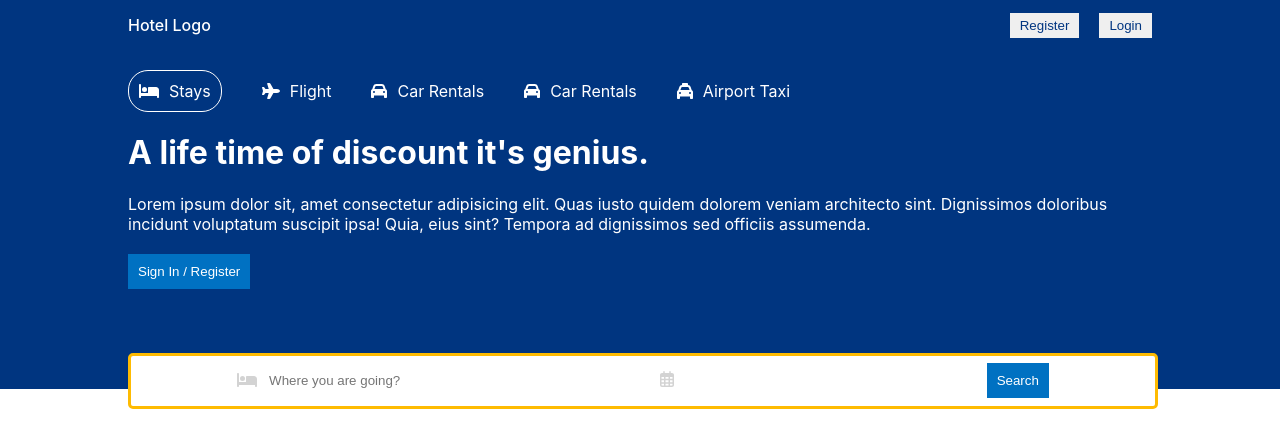
Repository: shikubro90/Booking-App
Page: /
The author's editor kept a copy of each file at every save. The page is drawn from the files as they stood at one save, then again after a run of saves.
The browser window is 1280 px wide. The pictures show the whole page.
The project was rebuilt for these pictures with package versions that can differ from the ones it lists, and the page was loaded fresh each time. Also part of the build but not shown: src/App.css, src/pages/Hotels/Hotels.jsx. Imported but missing from the stored project, and not drawn on this page: src/pages/List/List.

Above is the page before, as saved 2022-06-29 00:35:10.

### src/App.js
import './App.css';
import {
  BrowserRouter,
  Routes,
  Route,
} from "react-router-dom";

import Home from './pages/Home/Home';
import List from './pages/List/List';
import Hotels from './pages/Hotels/Hotels';

function App() {
  return (
    <BrowserRouter>
      <Routes>
        <Route path='/' element={<Home/>}/>
        <Route path='hotels' element={<List/>}/>
        <Route path='hotels/:id' element={<Hotels/>}/>
      </Routes>
    </BrowserRouter>
  );
}

export default App;

### src/pages/Home/Home.jsx
import React from 'react';
import Header from '../../components/Header/Header';
import Navbar from '../../components/Navbar/Navbar';

const Home = () => {
    return (
        <div>
            <Navbar/>
            <Header/>
        </div>
    );
};

export default Home;

### src/components/Header/Header.jsx
import { faCalendarDays } from '@fortawesome/free-regular-svg-icons';
import { faBed, faCar, faPlane, faTaxi } from '@fortawesome/free-solid-svg-icons';
import { FontAwesomeIcon } from '@fortawesome/react-fontawesome';
import './Header.css';

const Header = () => {
    return (
        <div className="header">
            <div className="headerContainer">
                <div className="headerList">
                    <div className="headerListItem active">
                        <FontAwesomeIcon icon={faBed} />
                        <span>Stays</span>
                    </div>
                    <div className="headerListItem">
                        <FontAwesomeIcon icon={faPlane} />
                        <span>Flight</span>
                    </div>
                    <div className="headerListItem">
                        <FontAwesomeIcon icon={faCar} />
                        <span>Car Rentals</span>
                    </div>
                    <div className="headerListItem">
                        <FontAwesomeIcon icon={faCar} />
                        <span>Car Rentals</span>
                    </div>
                    <div className="headerListItem">
                        <FontAwesomeIcon icon={faTaxi} />
                        <span>Airport Taxi</span>
                    </div>
                </div>
                {/* End headerListing */}

                <h1 className="headerTitle">
                    A life time of discount it's genius.
                </h1>
                <div className="headerDescription">
                    Lorem ipsum dolor sit, amet consectetur adipisicing elit. Quas iusto quidem dolorem veniam architecto sint. Dignissimos doloribus incidunt voluptatum suscipit ipsa! Quia, eius sint? Tempora ad dignissimos sed officiis assumenda.
                </div>
                <button className='headerButton'>Sign In / Register</button>

                <div className="headerSearch">
                    <div className="headerSearchItem">
                        <FontAwesomeIcon icon={faBed} className="headerIcon" />
                        <input type="text" placeholder='Where you are going?' className='headerSearchInput' />
                    </div>
                    {/* headerSearchItem */}
                    <div className="headerSearchItem">
                        <FontAwesomeIcon icon={faCalendarDays} className="headerIcon" />
                        <span className='headerSearchText'>date to date</span>
                    </div>
                    {/* headerSearchItem */}
                    <div className="headerSearchItem">
                        <button className="headerButton">Search</button>
                    </div>
                    {/* headerSearchItem */}
                </div>
                {/* HeaderSearch */}

            </div>
            {/* End headerContainer */}
        </div>
        // End header
    );
};

export default Header;

### src/components/Navbar/Navbar.jsx
import  './Navbar.css';

const Navbar = () => {
    return (
        <div className='navbar'>
            <div className="navContainer">
                <span className="logo">
                    Hotel Logo
                </span>
                {/* End Logo */}

                <div className="navItems">
                    <button className='navButton'>Register</button>
                    <button className='navButton'>Login</button>
                </div>
            </div>
            {/* End navContainer */}
        </div>
        // End Navbar
    );
};

export default Navbar;

### src/components/Header/Header.css
.header{
    background: #003580;
    color: white;
    display: flex;
    justify-content: center;
    position: relative;
}

.headerContainer{
    width: 100%;
    max-width: 1024px;
    margin: 20px 0 100px 0;
}

.headerList{
    display: flex;
    gap: 40px;
    margin-bottom: 20px;
}

.headerListItem{
    display: flex;
    align-items: center;
    gap: 10px;
}

.headerListItem.active{
    border: 1px solid white;
    padding: 10px;
    border-radius: 20px;
}

.headerDescription{
    margin: 20px 0px;
}

.headerButton{
    background: #0071c2;
    color: white;
    border: none;
    padding: 10px;
}

.headerSearch{
    background: white;
    height: 30px;
    border: 3px solid #febb02;
    display: flex;
    align-items: center;
    justify-content: space-around;
    padding: 10px 0;
    border-radius: 5px;
    position: absolute;
    bottom: -20px;
    width: 100%;
    max-width: 1024px;
}

.headerSearchItem{
    display: flex;
    gap: 10px
    ;
}


.headerSearchInput{
    border: none;
    outline: none;
}

.headerIcon{
    color: lightgray;
}

### src/components/Navbar/Navbar.css
.navbar{
    height: 50px;
    background-color: #003580;
    display: flex;
    justify-content: center;
}

.navContainer{
    width: 100%;
    max-width: 1024px;
    color: white;
    display: flex;
    align-items: center;
    justify-content: space-between;
}

.logo{
    font-weight: 500;
}

.navButton{
    margin-left: 20px;
    border: none;
    padding: 5px 10px;
    color: #003580;
    cursor: pointer;
}

Loaded but not shown: public/index.html (common file); src/index.js (common file); src/index.css (common file); src/reportWebVitals.js (common file)

After the next 3 saves:
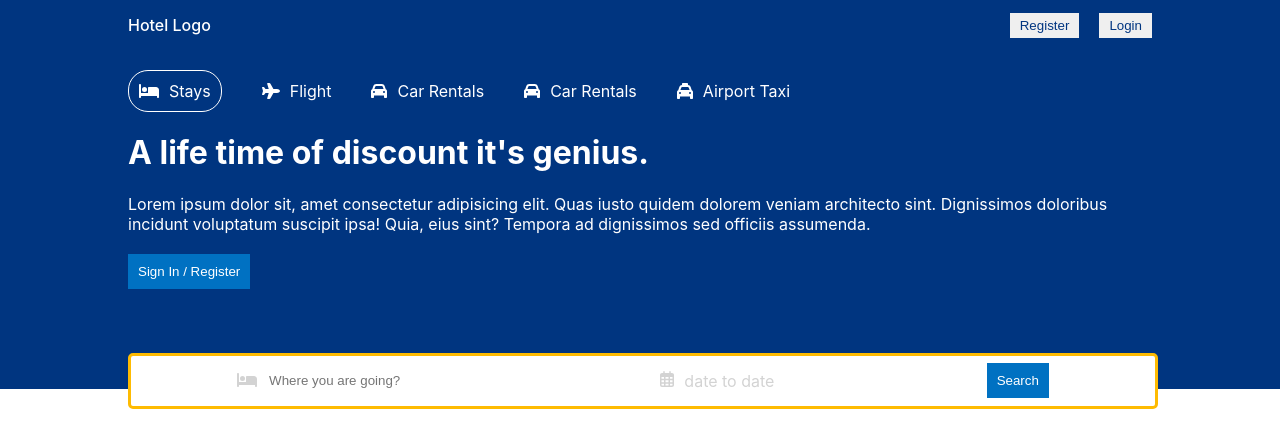
The 3 saves are shown as one change because they came seconds apart.
The last was saved 7 s later.
--- a/src/components/Header/Header.css
+++ b/src/components/Header/Header.css
@@ -62,7 +62,9 @@
     ;
 }
 
-
+.headerSearchText{
+    color: lightgray;
+}
 .headerSearchInput{
     border: none;
     outline: none;
